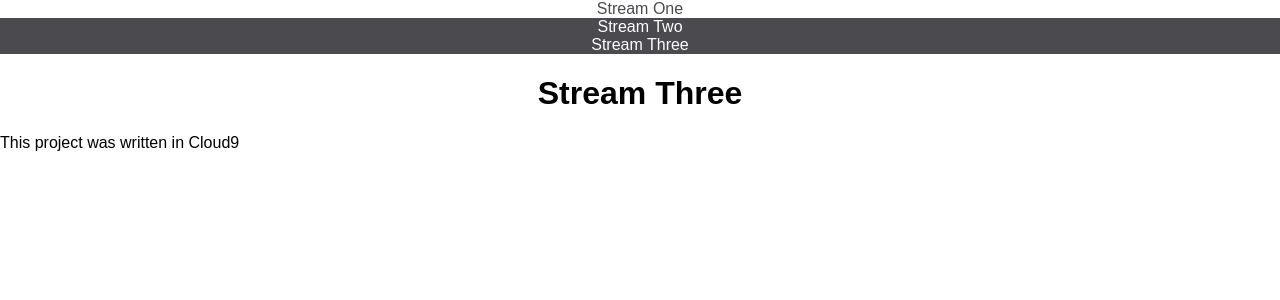
Repository: kaanistemi/my-first-website
Page: stream-three.html
The author's editor kept a record of every edit. The page is drawn from the files as they stood at one moment, then again after the next edit.
The browser window is 1280 px wide. The pictures show the whole page.

Above is the page before.

### stream-three.html
<html>
    <head>
        <title>
            Hello World
        </title>
        <link rel="stylesheet" href="css/style.css" type="text/css" />
    </head>
    <body>
        <nav>
            <ul>
                <li><a href="stream-one.html">Stream One</a> </li>
                <li><a href="stream-two.html">Stream Two</a></li>
                <li><a href="stream-three.html">Stream Three</a></li>
            </ul>
        </nav>
        <h1>
            Stream Three
        </h1>
        <p>This project was written in Cloud9</p>
    </body>
</html>

### css/style.css
body{
    margin:0;
    padding:0;
    font-family: 'Oswald' , sans-serif;

}

nav ul{
    list-style: none;
    background-color: #4a4a4f;
    text-align: center;
    margin: 0;
    padding: 0;
}

nav il {
    font-size: 1.2em;
    line-height: 40px;
    height: 40px;
    display: inline-block;
    margin-left: 2.5% ;
}

nav a {
    text-decoration: none ;
    color: #ffffff ;
    display: block ;

}

nav a:hover {
    background-color: #ffffff ;
    color: #4a4a4f ;

}

.card{
    float: left;
    width: 20%;
    margin-left: 10%
}

.card a {
    text-align: center;
}

img {
    width: 100%;
}

h1 {
    text-align: center;
}

After the next edit:
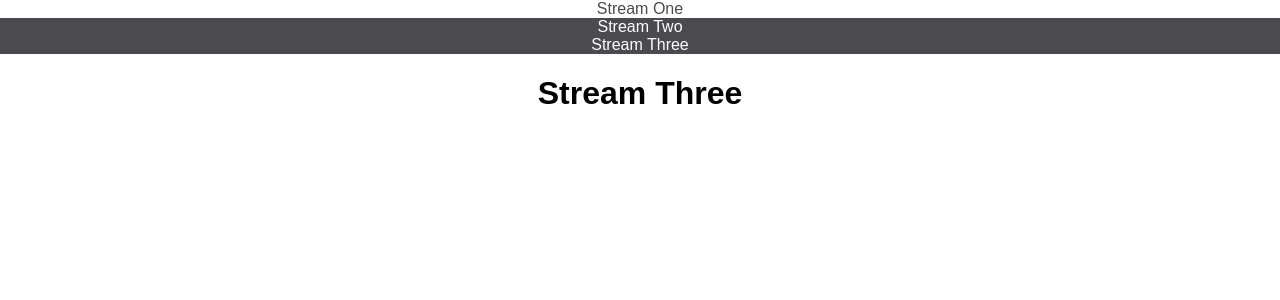
The edit:
--- a/stream-three.html
+++ b/stream-three.html
@@ -16,6 +16,12 @@
         <h1>
             Stream Three
         </h1>
-        <p>This project was written in Cloud9</p>
+        <div class="card">
+            <a href="">
+                <img/>
+                <h2></h2>
+            </a>
+
+        </div>
     </body>
 </html>
